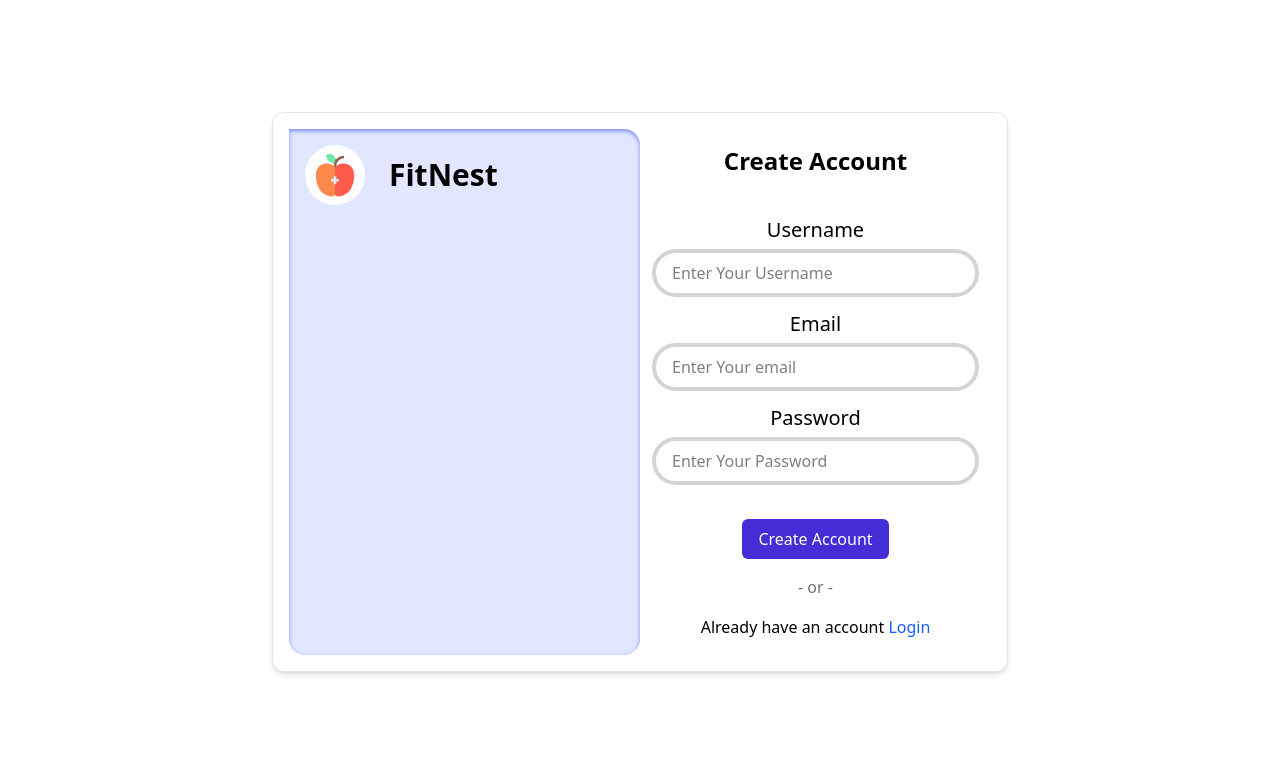
Repository: aryan151pratap/FitPanda
Page: / (app in frontened/)
These files come from the project's save history. The page is drawn as it stood at one moment and after the next save; the edit follows.
The browser window is 1280 px wide. The pictures show the whole page.
The project was rebuilt for these pictures with package versions that can differ from the ones it lists, and the page was loaded fresh each time. Also part of the build but not shown: frontened/vite.config.js, frontened/src/login/login.jsx.

Above is the page before, as saved 2025-06-03 23:06:43.

After the next save:
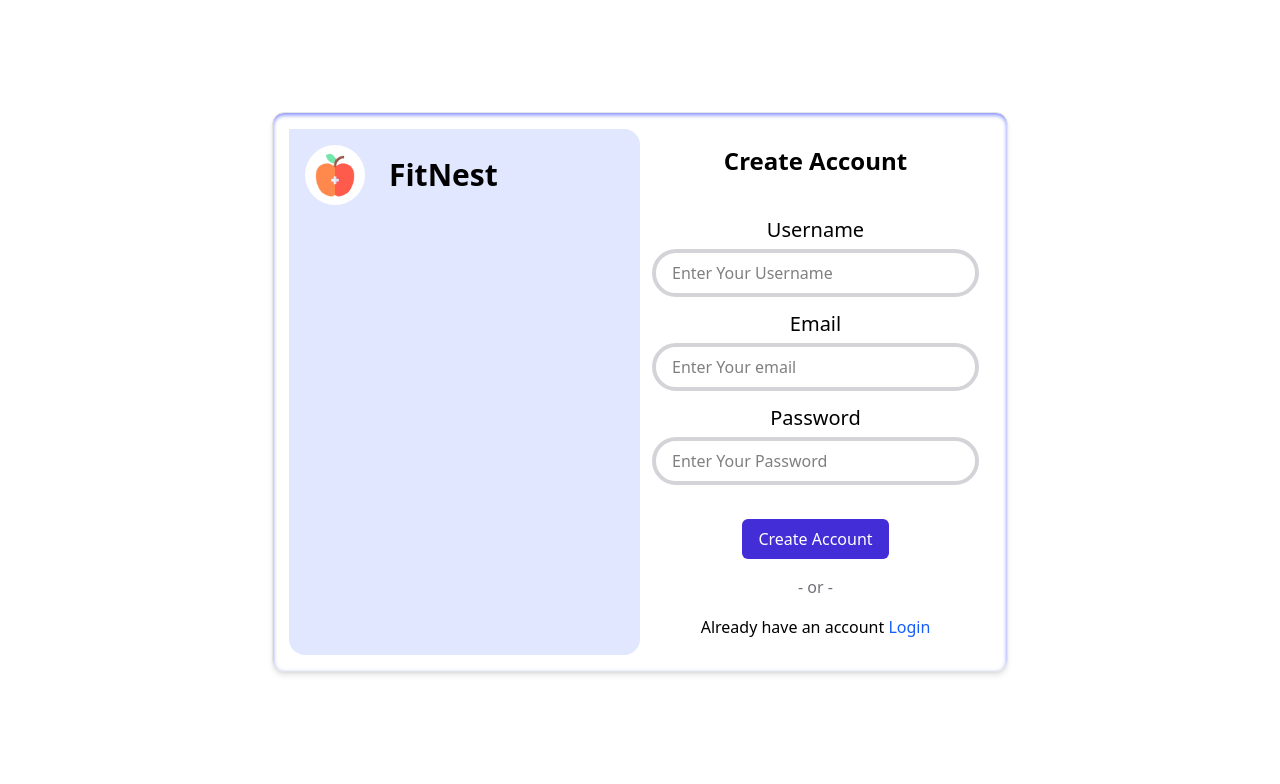
Saved 23 s later.
--- a/frontened/src/login/sign_up.jsx
+++ b/frontened/src/login/sign_up.jsx
@@ -6,8 +6,8 @@ function Sign_up(){
 		<>
 		<div className="w-full h-screen px-20 py-20 md:px-60">
 			<div className="w-full h-full">
-				<div className="w-full h-full bg-white grid grid-cols-2 rounded-xl overflow-hidden p-4 shadow-md border-1 border-zinc-200">
-					<div className="bg-indigo-100 p-4 text-indigo-300 rounded-b-2xl rounded-tr-2xl flex gap-6 inset-shadow-sm inset-shadow-indigo-400">
+				<div className="w-full h-full bg-white grid grid-cols-2 rounded-xl overflow-hidden p-4 shadow-md border-1 border-zinc-200  inset-shadow-sm inset-shadow-indigo-400">
+					<div className="bg-indigo-100 p-4 text-indigo-300 rounded-b-2xl rounded-tr-2xl flex gap-6">
 						<div className='flex shrink-0'>
 							<img src={apple} alt="" className='h-15 w-15 p-2 bg-white rounded-full'/>
 						</div>
